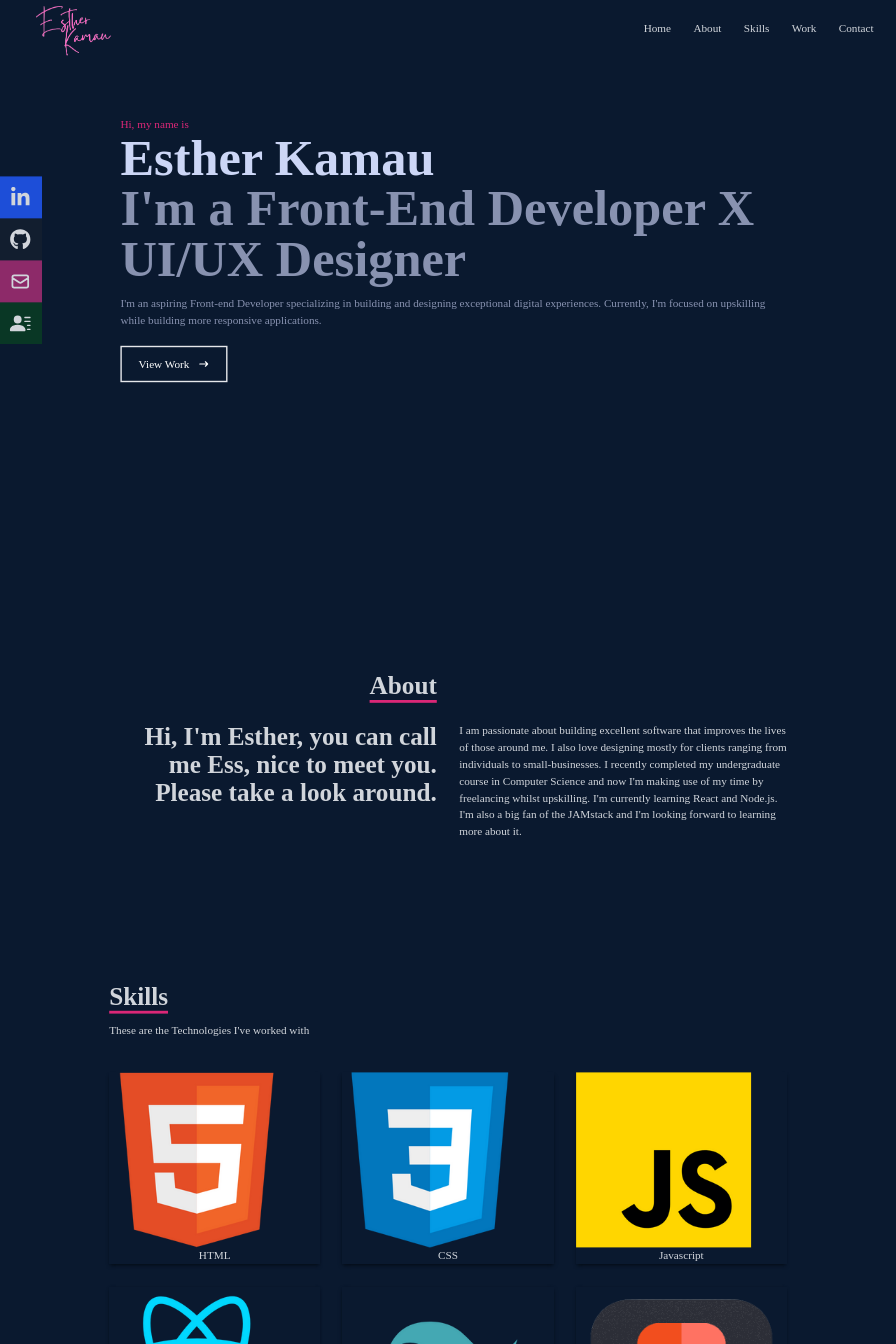
Repository: Esther-Kamau/Z-to-M
Page: /
The author's editor kept a copy of each file at every save. The page is drawn from the files as they stood at one save, then again after a run of saves.
The browser window is 1280 px wide. The pictures show the part of the page from y = 0 to 1920 px (the page is 3610 px tall), at 70% of full size.
The project was rebuilt for these pictures with package versions that can differ from the ones it lists, and the page was loaded fresh each time.

Above is the page before, as saved 2023-03-09 15:00:55.

### public/index.html
<!DOCTYPE html>
<html lang="en">
  <head>
    <meta charset="utf-8" />
    <link rel="icon" href="./ESSLOGO.png" />
    <meta name="viewport" content="width=device-width, initial-scale=1" />
    <meta name="theme-color" content="#000000" />
    <meta
      name="description"
      content="Ess Kamau"
    />
    <link rel="apple-touch-icon" href="./ESSLOGO.png" />


    <link rel="manifest" href="./ESSLOGO.png" />

    <title>Esther Kamau</title>
  </head>
  <body>
    <!-- <noscript>You need to enable JavaScript to run this app.</noscript> -->
    <div id="root"></div>
   </body>
</html>

### src/index.css

@tailwind base;
@tailwind components;
@tailwind utilities;

@import url('https://fonts.googleapis.com/css2?family=Raleway:wght@300;400;500;600;700;800;900&display=swap');

@layer base {
    body {
        @apply font-[Raleway];
    }
    li {
        @apply px-4;
        @apply cursor-pointer
    }
}
.content-div{
    background-repeat: no-repeat;
    background-size: cover;
    background-position: center;
    height: 250px;
}

.content-div:hover{
    background-image: linear-gradient(
        to right, rgba(112, 157, 255, 0.8),
        hsla(242, 74%, 61%, 0.8)
    )!important;
}

### src/App.js
import Navbar from "./components/Navbar";
import Hero from "./components/Hero"
import About from "./components/About"
import Skills from "./components/Skills"
import Work from "./components/Work";
import Contact from "./components/Contact";

function App() {
  return (
    <div className="App">
  <Navbar/>
  <Hero/>
  <About />
  <Skills />
  <Work />
  <Contact />
    </div>
  );
}

export default App;

### src/components/Navbar.jsx
import React, {useState} from 'react';
import {FaBars, FaTimes,FaGithub,FaLinkedin, FaFacebook, FaLinkedinIn} from 'react-icons/fa'
import {HiOutlineMail} from 'react-icons/hi'
import {BsFillPersonLinesFill} from 'react-icons/bs'
import Logo from '../assests/logo.png'
import {Link} from 'react-scroll'

const Navbar = () => {
    const [nav, SetNav] = useState(false)
    const handleClick = () => SetNav(!nav)
  return (
    <div className='fixed w-full h-[80px] flex justify-between items-center px-4 bg-[#0a192f] text-gray-300'>
<div>
    <img src={Logo} alt='logo image' style={{width: '180px'}} />
</div>

{/*Menus*/}

    <ul className='hidden md:flex'>
        <li> <Link  to="hero" smooth={true}  duration={500} >
          Home
        </Link></li>
        <li> <Link  to="about" smooth={true}  duration={500} >
          About
        </Link></li>
        <li> <Link  to="skills" smooth={true}  duration={500} >
          Skills
        </Link></li>
        <li> <Link  to="work" smooth={true}  duration={500} >
          Work
        </Link></li>
        <li> <Link  to="contact" smooth={true}  duration={500} >
          Contact
        </Link></li>
</ul>

{/*Hamburger*/}
<div onClick={handleClick} className='md:hidden z-10'>
 { !nav ? <FaBars className='text-3xl' /> : <FaTimes className='text-3xl' />}
</div>

{/*Mobile Menus*/}
<ul className={!nav ? 'hidden' : 'absolute top-0 left-0 w-full h-screen bg-[#0a192f] flex flex-col justify-center items-center'}>
        <li  className='py-6 text-4xl'> <li> <Link onClick={handleClick} to="hero" smooth={true}  duration={500} >
          Home
        </Link></li></li>
        <li className='py-6 text-4xl'> <li> <Link onClick={handleClick}  to="about" smooth={true}  duration={500} >
          About
        </Link></li></li>
        <li className='py-6 text-4xl'><li> <Link onClick={handleClick} to="skills" smooth={true}  duration={500} >
          Skills
        </Link></li></li>
        <li className='py-6 text-4xl'><li> <Link onClick={handleClick} to="work" smooth={true}  duration={500} >
          Work
        </Link></li></li>
        <li className='py-6 text-4xl'> <li> <Link onClick={handleClick} to="contact" smooth={true}  duration={500} >
          Contact
        </Link></li></li>
</ul>
{/*Social Links*/}
<div className='hidden lg:flex fixed flex-col top-[35%] left-0'>
<ul>
    <li className='w-[160px] h-[60px] flex justify-between items-center ml-[-100px] hover:ml-[-10px] duration-300 bg-blue-700 '>
        <a className='flex justify-between items-center w-full text-gray-300' href='/'>
            LinkedIn <FaLinkedinIn size={30}/>
            </a>
    </li>
    <li className='w-[160px] h-[60px] flex justify-between items-center ml-[-100px] hover:ml-[-10px] duration-300 bg-[#3333] '>
        <a className='flex justify-between items-center w-full text-gray-300' href='/'>
          Github <FaGithub size={30}/>
            </a>
    </li>
    <li className='w-[160px] h-[60px] flex justify-between items-center ml-[-100px] hover:ml-[-10px] duration-300 bg-[#8d2a69] '>
        <a className='flex justify-between items-center w-full text-gray-300' href='/'>
           Email <HiOutlineMail size={30}/>
            </a>
    </li>
    <li className='w-[160px] h-[60px] flex justify-between items-center ml-[-100px] hover:ml-[-10px] duration-300 bg-[rgba(6,175,3,0.2)] '>
        <a className='flex justify-between items-center w-full text-gray-300' href='/'>
           Resume <BsFillPersonLinesFill size={30}/>
            </a>
    </li>
</ul>
</div>

</div>

  )
}

export default Navbar

### src/components/Hero.jsx
import React from 'react'
import {HiArrowNarrowRight} from 'react-icons/hi'

const Hero = () => {
  return (
    <div name='hero' className='w-full h-screen bg-[#0a192f]'>

        {/*Container*/}
        <div className='max-w-[1000px] mx-auto px-8 flex flex-col justify-center h-full'>
            <p className='text-pink-600'>Hi, my name is </p>
            <h1 className='text-4xl sm:text-7xl font-bold text-[#ccd6f6]'>Esther Kamau</h1>
            <h2 className='text-5xl sm:text-7xl font-bold text-[#8892b0]'>I'm a Front-End Developer X UI/UX Designer</h2>
            <p className='text-[#8892b0] py-4 max-w[700px]'>I'm an aspiring Front-end Developer specializing in building and designing exceptional
                digital experiences. Currently, I'm focused on upskilling while building more responsive applications.
            </p>
            <div>
                <button className='text-white group border-2 px-6 py-3 my-2 flex items-center hover:bg-pink-600 hover:border-pink-600'>View Work
                <span className = 'group-hover:rotate-90 duration-300'>
                <HiArrowNarrowRight className='ml-3'/>
                </span>
                </button>
            </div>
        </div>
    </div>
  )
}

export default Hero

### src/components/About.jsx
import React from 'react'

const About = () => {
  return (

    <div name='about' className='w-full h-screen bg-[#0a192f] text-gray-300'>
    <div className='flex flex-col justify-center items-center w-full h-full'>
      <div className='max-w-[1000px] w-full grid grid-cols-2 gap-8'>
        <div className='sm:text-right pb-8 pl-4'>
          <p className='text-4xl font-bold inline border-b-4 border-pink-600'>
            About
          </p>
        </div>
        <div></div>
        </div>
        <div className='max-w-[1000px] w-full grid sm:grid-cols-2 gap-8 px-4'>
          <div className='sm:text-right text-4xl font-bold'>
            <p>Hi, I'm Esther, you can call me Ess, nice to meet you. Please take a look around.</p>
          </div>
          <div>
            <p>I am passionate about building excellent software that improves the lives of those around me.
             I also love designing mostly for clients ranging from individuals to small-businesses.
             I recently completed my undergraduate course in Computer Science and now I'm making use of my time by freelancing
            whilst upskilling. I'm currently learning React and Node.js. I'm also a big fan of the JAMstack and I'm looking forward to
            learning more about it.</p>
          </div>
        </div>
    </div>
  </div>


  )
}

export default About

### src/components/Skills.jsx
import React from 'react';

import HTML from '../assests/html.png';
import CSS from '../assests/css.png';
import Javascript from '../assests/javascript.png';
import Tailwind from '../assests/tailwind.png';
import Figma from '../assests/figma.png';
// import SQL from '../assests/sql.png';
import REACT from '../assests/react.png';




const Skills = () => {
  return (
    <div name='skills' className='w-full h-screen bg-[#0a192f]  text-gray-300'>
       {/*Container*/}
       <div className='max-w-[1000px] mx-auto p-4 flex flex-col justify-center w-full h-full'>
        <div>
            <p className='text-4xl font-bold inline border-b-4 border-pink-600'>Skills</p>
            <p className='py-4'>These are the Technologies I've worked with</p>
        </div>
        <div className='w-full grid grid-cols-2 sm:grid-cols-3 gap-8 text-center py-8'>
        <div className='shadow-md shadow-[#040c16] hover:scale-110 duration:500'>
            <img src={HTML} alt="HTML icon" />
            <p>HTML</p>
        </div>
        <div className='shadow-md shadow-[#040c16] hover:scale-110 duration:500'>
            <img src={CSS} alt="CSS icon" />
            <p>CSS</p>
        </div>
        <div className='shadow-md shadow-[#040c16] hover:scale-110 duration:500'>
            <img src={Javascript} alt="JS icon" />
            <p>Javascript</p>
        </div>
        <div className='shadow-md shadow-[#040c16] hover:scale-110 duration:500'>
            <img src={REACT} alt="React icon" />
            <p>REACT</p>
        </div>
        <div className='shadow-md shadow-[#040c16] hover:scale-110 duration:500'>
            <img src={Tailwind} alt="Tailwind icon" />
            <p>Tailwind</p>
        </div>
        <div className='shadow-md shadow-[#040c16] hover:scale-110 duration:500'>
            <img src={Figma} alt="Figma icon" />
            <p>Figma</p>
        </div>
        {/* <div className='shadow-md shadow-[#040c16] hover:scale-110 duration:500'>
            <img src={SQL} alt="SQL icon" />
            <p>SQL</p>
        </div> */}

        </div>
        </div>
       </div>



  )
}

export default Skills

### src/components/Work.jsx
import React from 'react'
import WorkImg from '../assests/projects/workImg.jpeg';
import realestate from '../assests/projects/realestate.jpg';



const Work = () => {
  return (
    <div name='work' className='w-full md:h-screen text-gray-300 bg-[#0a192f]'>
<div className='max-w-[1000px] mx-auto p-4 flex flex-col justify-center w-full h-full'>
    <div className='pb-8'>
        <p className='text-4xl font-bold inline border-b-4 border-pink-600'>Work</p>
        <p className='py-8'>These are some of my projects</p>
    </div>
    {/*Container for the work done*/}
    <div className='grid sm:grid-cols-2 md:grid-cols-3 gap-4'>
        {/*grid card item*/}
    {/* passing through our image dynamically */}
        <div style={{backgroundImage: `url(${WorkImg})`}} className='shadow-lg shadow-[040c16] group container rounded-md flex justify-center items-center mx-auto content-div'>
            {/*Hover Effects*/}
            <div className='opacity-0 group-hover:opacity-100'>
                       <span className='text-2xl font-bold text-white tracking-wider'>
                      React-JS Application
                       </span>
                        <div className='py-8 text-center' >
                            <a href="/">
                               <button className='text-center rounded-lg px-4 py-3 m-2 bg-purple-300 hover:bg-white font-bold text-lg'>Demo</button>
                            </a>
                            <a href="/">
                               <button className='text-center rounded-lg px-4 py-3 m-2 bg-purple-300 hover:bg-white font-bold text-lg'>Code</button>
                            </a>
                        </div>

                 </div>
        </div>
        {/*grid item*/}

                {/*grid card item*/}
    {/* passing through our image dynamically */}
    <div style={{backgroundImage: `url(${realestate})`}} className='shadow-lg shadow-[040c16] group container rounded-md flex justify-center items-center mx-auto content-div'>
            {/*Hover Effects*/}
            <div className='opacity-0 group-hover:opacity-100'>
                       <span className='text-2xl font-bold text-white tracking-wider'>
                      PHP x Bootstrap Application
                       </span>
                        <div className='py-8 text-center' >
                            <a href="/">
                               <button className='text-center rounded-lg px-4 py-3 m-2 bg-purple-300  hover:bg-white font-bold text-lg'>Demo</button>
                            </a>
                            <a href="/">
                               <button className='text-center rounded-lg px-4 py-3 m-2 bg-purple-300  hover:bg-white font-bold text-lg'>Code</button>
                            </a>
                        </div>

                 </div>
        </div>
        {/*grid item*/}
            {/*grid card item*/}
    {/* passing through our image dynamically */}
    <div style={{backgroundImage: `url(${WorkImg})`}} className='shadow-lg shadow-[040c16] group container rounded-md flex justify-center items-center mx-auto content-div'>
            {/*Hover Effects*/}
            <div className='opacity-0 group-hover:opacity-100'>
                       <span className='text-2xl font-bold text-white tracking-wider'>
                      React-JS Application
                       </span>
                        <div className='py-8 text-center' >
                            <a href="/">
                               <button className='text-center rounded-lg px-4 py-3 m-2 bg-purple-300 hover:bg-white font-bold text-lg'>Demo</button>
                            </a>
                            <a href="/">
                               <button className='text-center rounded-lg px-4 py-3 m-2 bg-purple-300  hover:bg-white font-bold text-lg'>Code</button>
                            </a>
                        </div>

                 </div>
        </div>
        {/*grid item*/}

                {/*grid card item*/}
    {/* passing through our image dynamically */}
    <div style={{backgroundImage: `url(${realestate})`}} className='shadow-lg shadow-[040c16] group container rounded-md flex justify-center items-center mx-auto content-div'>
            {/*Hover Effects*/}
            <div className='opacity-0 group-hover:opacity-100'>
                       <span className='text-2xl font-bold text-white tracking-wider'>
                      PHP x Bootstrap Application
                       </span>
                        <div className='py-8 text-center' >
                            <a href="/">
                               <button className='text-center rounded-lg px-4 py-3 m-2 bg-purple-300  hover:bg-white font-bold text-lg'>Demo</button>
                            </a>
                            <a href="/">
                               <button className='text-center rounded-lg px-4 py-3 m-2 bg-purple-300  hover:bg-white font-bold text-lg'>Code</button>
                            </a>
                        </div>

                 </div>
        </div>
        {/*grid item*/}

    {/*grid card item*/}
    {/* passing through our image dynamically */}
    <div style={{backgroundImage: `url(${WorkImg})`}} className='shadow-lg shadow-[040c16] group container rounded-md flex justify-center items-center mx-auto content-div'>
            {/*Hover Effects*/}
            <div className='opacity-0 group-hover:opacity-100'>
                       <span className='text-2xl font-bold text-white tracking-wider'>
                      React-JS Application
                       </span>
                        <div className='py-8 text-center' >
                            <a href="/">
                               <button className='text-center rounded-lg px-4 py-3 m-2 bg-purple-300 hover:bg-white font-bold text-lg'>Demo</button>
                            </a>
                            <a href="/">
                               <button className='text-center rounded-lg px-4 py-3 m-2 bg-purple-300  hover:bg-white font-bold text-lg'>Code</button>
                            </a>
                        </div>

                 </div>
        </div>
        {/*grid item*/}

                {/*grid card item*/}
    {/* passing through our image dynamically */}
    <div style={{backgroundImage: `url(${realestate})`}} className='shadow-lg shadow-[040c16] group container rounded-md flex justify-center items-center mx-auto content-div'>
            {/*Hover Effects*/}
            <div className='opacity-0 group-hover:opacity-100'>
                       <span className='text-2xl font-bold text-white tracking-wider'>
                      PHP x Bootstrap Application
                       </span>
                        <div className='py-8 text-center' >
                            <a href="/">
                               <button className='text-center rounded-lg px-4 py-3 m-2 bg-purple-300 hover:bg-white font-bold text-lg'>Demo</button>
                            </a>
                            <a href="/">
                               <button className='text-center rounded-lg px-4 py-3 m-2 bg-purple-300  hover:bg-white font-bold text-lg'>Code</button>
                            </a>
                        </div>

                 </div>
        </div>
        {/*grid item*/}





    </div>
</div>
    </div>
  )
}

export default Work

### src/components/Contact.jsx
import React from 'react'


const Contact = () => {
  return (
    <div name='contact' className='w-full h-screen bg-[#0a192f] flex justify-center items-center p-4'>
<form method="POST" action="https://getform.io/f/44ef1251-56b2-47ca-a43b-9c3faddf1d63" className='flex flex-col max-w-[600px] w-full'>
    <div className='pb-8'>
        <h1 className='text-4xl font-bold inline border-b-4 border-pink-600 text-gray-400'>Contact</h1>
        <p className='text-gray-300 py-4'>Lets Talk! Shoot me an email at kamauestherofficial@gmail.com</p>
        </div>

        <input className=' my-4 p-4 bg-white rounded-lg' type="text" placeholder='Name' name='name' />
        <input className='my-4 p-4 bg-white rounded-lg' type="text" placeholder='Email' name='email' />
        <textarea className='my-6 p-4 bg-white rounded-lg' name="message" id="" cols="10" rows="10" placeholder='Message'></textarea>

        <button className='text-white border-2 hover:bg-pink-600 px-4 py-3 my-8 mx-auto flex items-center'>Let's Collaborate</button>
</form>
</div>
  )
}

export default Contact

Loaded but not shown: src/index.js (common file); tailwind.config.js (common file)

After the next 2 saves:
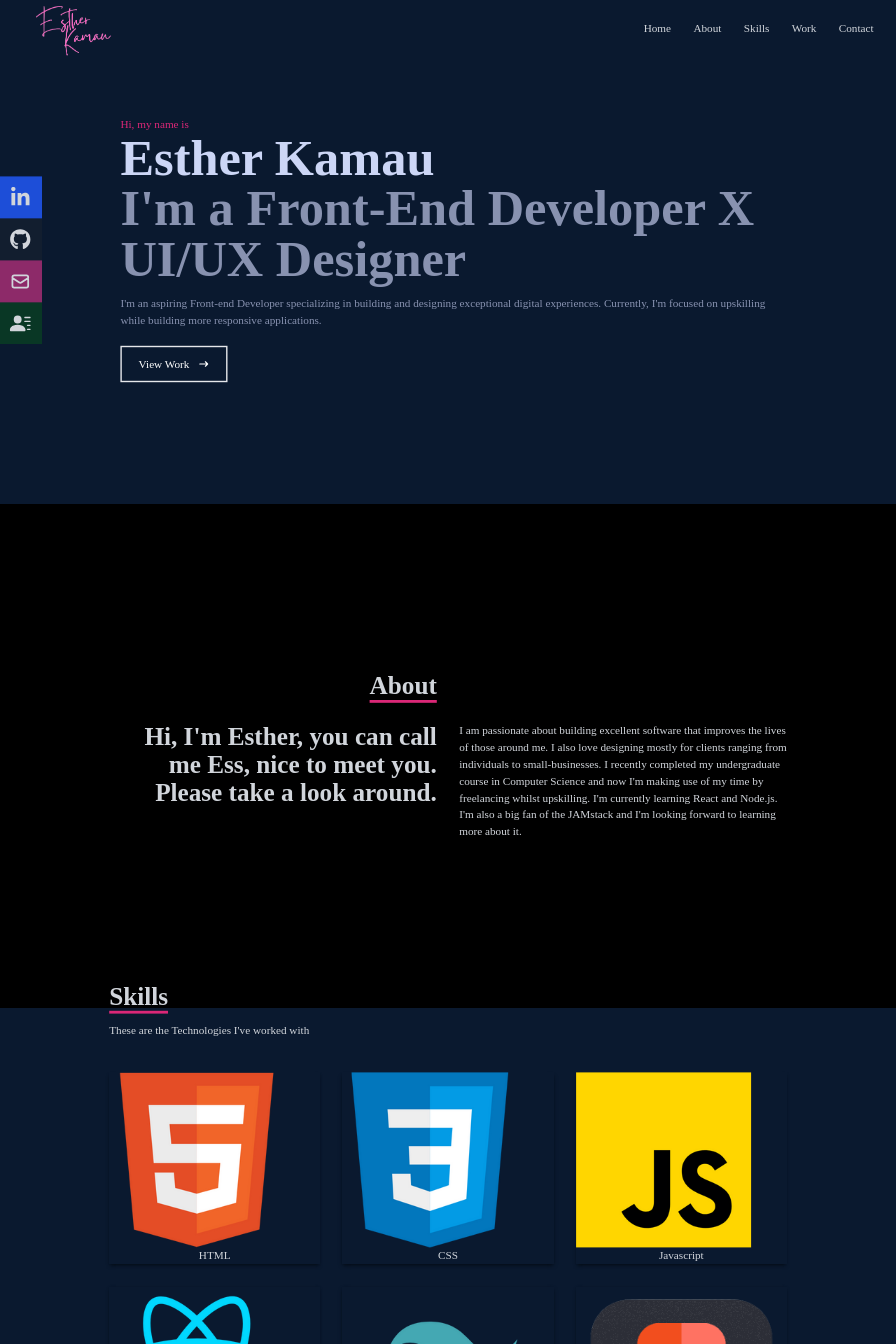
The 2 saves are shown as one change because they came seconds apart.
The last was saved 30 s later.
--- a/src/components/About.jsx
+++ b/src/components/About.jsx
@@ -3,7 +3,7 @@
 const About = () => {
   return (
 
-    <div name='about' className='w-full h-screen bg-[#0a192f] text-gray-300'>
+    <div name='about' className='w-full h-screen bg-[#000] text-gray-300'>
     <div className='flex flex-col justify-center items-center w-full h-full'>
       <div className='max-w-[1000px] w-full grid grid-cols-2 gap-8'>
         <div className='sm:text-right pb-8 pl-4'>
